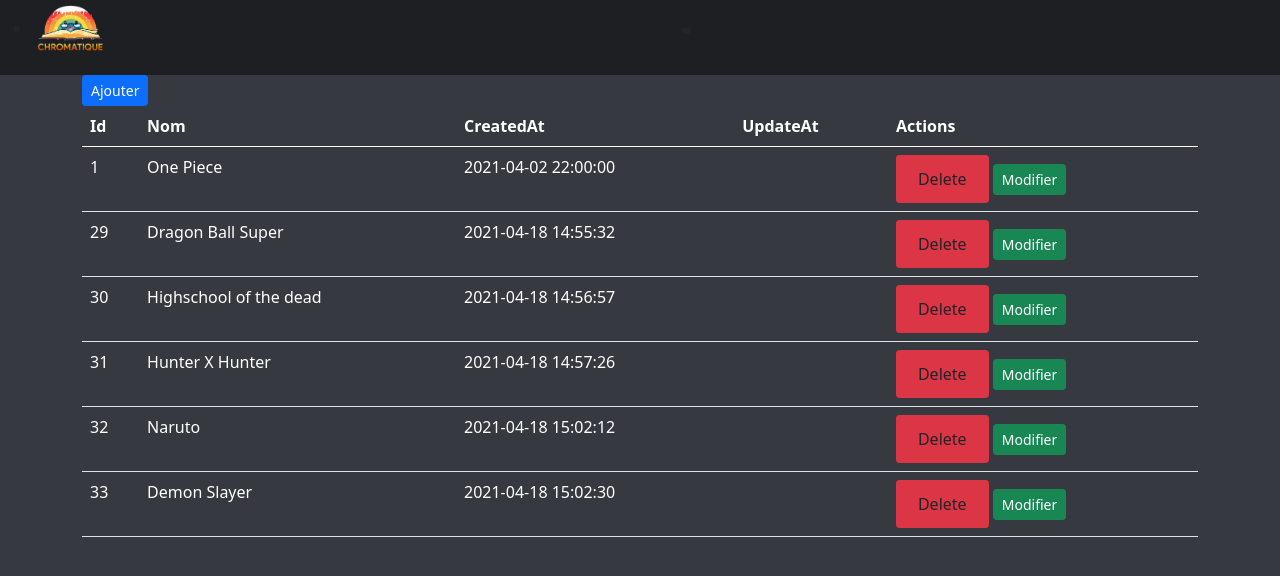
Repository: Codesieg/Chromatique
Page: http://localhost/admin
The author's editor kept a copy of each file at every save. The page is drawn from the files as they stood at one save, then again after the next save.
The browser window is 1280 px wide. The pictures show the whole page.
Some icons come from a web library that is not loaded, so they are not drawn. The page is served by the project's Laravel application, run on PHP 8.4 with Laravel 8. Other server files are loaded and not shown. The database holds what the project's SQL file puts in it.

Above is the page before, as saved 2021-04-20 15:47:52.

### chromatique/routes/web.php
<?php


use Illuminate\Support\Facades\Route;
use App\Http\Controllers\MangasController;
use App\Http\Controllers\TomesController;
use App\Http\Controllers\AdminMangasController;

/*
|--------------------------------------------------------------------------
| Web Routes
|--------------------------------------------------------------------------
|
| Here is where you can register web routes for your application. These
| routes are loaded by the RouteServiceProvider within a group which
| contains the "web" middleware group. Now create something great!
|
*/
//-------------- Route front ----------------
// Route::get('/', [MangasController::class,'browse'])->name('browse_mangas');

Route::get(
    '/',
    [MangasController::class, 'browse']
)->name('browse_mangas');

Route::get(
    '/tome/{id}',
    [TomesController::class,'browse']
)->name('browse_tomes');

//-------------- Route back ----------------

Route::get(
    '/admin',
    [AdminMangasController::class, 'browse']
)->name('admin_browse_mangas');

Route::get(
    '/admin/add',
    [AdminMangasController::class, 'form']
)->name('admin_form_manga');

Route::post(
    '/admin/add',
    [AdminMangasController::class, 'add']
)->name('admin_add_manga');

Route::delete(
    '/admin/delete/{id}',
    [AdminMangasController::class, 'delete']
)->name('admin_delete_manga');

### chromatique/app/Http/Controllers/AdminMangasController.php
<?php

namespace App\Http\Controllers;

use App\Models\Mangas;
use Illuminate\Http\Request;
use App\Http\Controllers\Controller;
use Illuminate\Foundation\Auth\User;

class AdminMangasController extends Controller
{
    /**
     * Show all the mangas in database.
     *
     * @return App\Models\Mangas
     */
    public function browse()
    {
        $listManga = Mangas::all();

        return view('admin/browse', [
            'listMangas' => $listManga
        ]);
    }

    /**
     * Show the mangas by id.
     *
     * @return App\Models\Mangas
     */
    public function read($id)
    {
        return view('admin/details', [
            'manga' => Mangas::find($id)
        ]);
    }

    /**
     * Modify the mangas by id.
     *
     * @return App\Models\Mangas
     */
    public function edit($id)
    {
        return view('edit', [
            'manga' => Mangas::find($id)
        ]);
    }

    /**
     * Add a new manga.
     *
     *
     * @return void
     */
    public function form()
    {
        $uploaderList = User::All();
        // dd($uploaderList);

        return view('admin/form',
        ['uploaderList' => $uploaderList]
    );
    }

    /**
     * Show the application dashboard.
     *
     * @return \Illuminate\Http\Response
     */
    public function add(Request $request)
    {
        $mangaName = $request->input('mangaName');
        // $mangaJacket = $request->input('mangaJacket');
        $author = $request->input('author');
        $synopsis = $request->input('synopsis');
        $userId = $request->input('userId');

        $this->validate($request, [
                'mangaJacket' => 'required',
                'mangaJacket.*' => 'mimes:jpg,png'
        ]);
         // à la création d'un nouveua manga il faut créer un nouveau dossier
        // Récupérer le nom du fichier et le renomer

        if($request->hasfile('mangaJacket'))
        {
            $jacket = $request->file('mangaJacket');
            // dump($jacket->path());
            // dump($jacket->hashName());
            $name = '/' . $mangaName . '/' . $mangaName . '.' . $jacket->extension();
            // dump($name);

            $jacket->move(public_path().'/assets/mangas/'. ucfirst($mangaName), $name);
        }

        $file= new Mangas();
        $file->manga_name = $mangaName;
        $file->manga_jacket = ucfirst($name);
        $file->author = $author;
        $file->synopsis = $synopsis;
        $file->users_id = $userId ;
        $file->created_at = new \datetime();
        $file->save();

        // return redirect()->route('profile');
        return back()->with('success', 'Data Your files has been successfully added');
    }

    /**
     * DELETE a  manga.
     *
     * @return App\Models\Mangas
     */
    public function delete($id)
    {
        $manga = Mangas::find($id);

        if ($manga) {
            $manga::destroy($id);
            return back()->with($id . " supprimer", 200);
        } else {
            return back()->with('nop');
        }
    }

}

### chromatique/app/Models/Mangas.php
<?php

namespace App\Models;

use Illuminate\Database\Eloquent\Factories\HasFactory;
use Illuminate\Database\Eloquent\Model;

class Mangas extends Model
{
    use HasFactory;
    protected $fillable = [
        'manga_name',
        'manga_jacket',
        'author',
        'synopsis',
        'manga_banner',
        'users_id',
    ];
}

### chromatique/resources/views/admin/browse.blade.php
@extends ('admin/layout')

@section('contenu')

<div class="container">
    <div class="add">
        <button type="button" class="btn btn-primary btn-sm"><a class="text-decoration-none text-white" href="{{route('admin_form_manga')}}">Ajouter</a></button>
    </div>

    <div class="col-12">
        <table class="table">
            <thead>
            <tr>
                <th class="text-white">Id</th>
                <th class="text-white">Nom</th>
                <th class="text-white">CreatedAt</th>
                <th class="text-white">UpdateAt</th>
                <th class="text-white">Actions</th>
            </tr>
            </thead>
            <tbody>
            @foreach ($listMangas as $manga)
            <tr>
                <td class="text-white">{{$manga->id}}</td>
                <td class="text-white">{{$manga->manga_name}}</td>
                <td class="text-white">{{$manga->created_at}}</td>
                <td class="text-white">{{$manga->update_at}}</td>
                <td>
                    <button type="button" class="btn btn-danger btn-sm      text-decoration-none text-white"><form action="{{route  ('admin_delete_manga', ['id' => $manga->id])}}" method="post">
                        <input class="btn btn-default" type="submit" value="Delete">
                        <input type="hidden" name="_method" value="delete" />
                        <input type="hidden" name="_token" value="{{ csrf_token() }}">
                    </form>
                    </button>
                    <button type="button" class="btn btn-success btn-sm text-decoration-none text-white"><a class="text-decoration-none text-white"  href="">Modifier</a></button>
                </td>
            </tr>
            @endforeach
            </tbody>
        </table>
    </div>
</div>
@endsection

### chromatique/resources/views/admin/layout.blade.php
<!DOCTYPE html>
<html lang="fr">

<head>
    <meta charset="UTF-8">
    <meta http-equiv="X-UA-Compatible" content="IE=edge">
    <meta name="viewport" content="width=device-width, initial-scale=1.0">
    <title>Chromatique</title>
    <link rel="stylesheet" href="https://maxst.icons8.com/vue-static/landings/line-awesome/line-awesome/1.3.0/css/line-awesome.min.css">
    <link href="https://cdn.jsdelivr.net/npm/bootstrap@5.0.0-beta3/dist/css/bootstrap.min.css" rel="stylesheet" integrity="sha384-eOJMYsd53ii+scO/bJGFsiCZc+5NDVN2yr8+0RDqr0Ql0h+rP48ckxlpbzKgwra6" crossorigin="anonymous">
    <link rel="stylesheet" href="<?= asset('assets/css/style.css') ?>">
</head>

<header>
    <div class="infos-menu">
        <div class="wrapper-menu">
            <ul class="wrapper-menu">
                <li><img class="logo" src="<?= asset('assets/img/logo.png') ?>" alt=""></li>
                <li><a href="https://discord.gg/3HH8Usj"><i class="lab la-3x la-discord white"></i></a></li>
                <li><a href="#"><i class="lab la-3x la-telegram white"></i></a></li>
                <li><a href="#"><i class="las la-3x la-info-circle white"></i></a></li>
            </ul>
        </div>
    </div>
</header>
<body>
    <!-- wrap -->

    @yield('contenu')



</body>
<script src="https://cdn.jsdelivr.net/npm/bootstrap@5.0.0-beta3/dist/js/bootstrap.bundle.min.js" integrity="sha384-JEW9xMcG8R+pH31jmWH6WWP0WintQrMb4s7ZOdauHnUtxwoG2vI5DkLtS3qm9Ekf" crossorigin="anonymous"></script>
</html>

### chromatique/public/assets/css/style.css
body {
    margin: 0;
    background-color: #36393F;
}

.logo {
    margin: 5px 5px 5px 5px;
    width: 10%;
}

.logo__left {
    width: 50px
}

.infos-menu {
    display: flex;
    align-items: center;
    justify-content: space-between;
    background-color: #1e1f22;
    position: sticky;
}

.infos-menu i {
    margin-left: 2px;
}

.wrapper-menu {
    display: flex;
    align-items: center;
}

.la-user-shield {
    margin: 0 10px 0 0;
}

.search {
    position: relative;
    margin: 10px 0 0 0;
    float: left;
    top: 50px;
    right: 50px;
}

.field {
    border: 0 !important;
    width: 100% !important;
    height: 100% !important;
    padding: 10px 20px !important;
    background: white !important;
    border-radius: 3px !important;
    box-shadow: 0px 8px 15px rgba(75, 72, 72, 0.1) !important;
    -webkit-transition: all 0.4s ease !important;
    transition: all 0.4s ease !important;
}

.login {
    display: flex;
    align-items: center;
    margin: 0 20px 0 0px;
}

.login a {
    margin: 0 5px 0 5px;
    text-decoration: none;
    font-size: 1.5em;
    color: #fff;
    padding: 5px 5px 5px 5px;
}

.dropdown-login {
    position: relative;
    display: inline-block;
    margin: 0 0 0 50px;
}

.dropdown-login:hover .dropdown-content {
    display: flex;
    flex-direction: column;
}

.dropdown-content {
    display: none;
    position: absolute;
    background-color: #1e1f22;
    min-width: 260px;
    top: 85%;
    right: 5%;
    box-shadow: 0px 8px 16px 0px rgba(0, 0, 0, 0.2);
    padding: 30px 8px 16px 8px;
    z-index: 1;
}

.white {
    color: #ffff;
    text-decoration: none;
}

p {
    color: white;
}

h1 {
    font-size: 1.5em;
    text-align: center;
    padding: 10px 0 0 0;
}

.main {
    width: 80%;
    margin: 20px auto;
    display: flex;
    justify-content: center;
}

.content {
    display: flex;
    flex-direction: column;
}

.hot {
    border-bottom: solid #DCDDDE 1px;
    color: #DCDDDE;
    font-size: 1.8em;
    padding: 0 0 5px 0;
}

.cards {
    display: flex;
    justify-content: center;
    align-self: center;
    flex-wrap: wrap;
    width: 60%;
}

.card {
    background-color: #1e1f22;
    margin: 10px;
    padding: 10px;
    display: flex;
    flex-direction: column;
}

.card p {
    text-align: center;
    margin: 7px 0 0 0;
}

.stats {
    display: flex;
    margin: 10px 0 10px 0;
}

.views {
    display: flex;
}

.resume {
    width: 75%;
    margin: 5px 0 0 0;
    font-size: 1.2em;
    font-family: 'Lucida Sans', 'Lucida Sans Regular', 'Lucida Grande', 'Lucida Sans Unicode', Geneva, Verdana, sans-serif;
}

.cover {
    width: 290px;
    height: 450px;
    display: flex;
    align-self: center;
}

.main-cover {
    position: relative;
    float: right;
    top: 50px;
    left: 100px;
}


/*  Détails page */

### Docs/chromatique.sql (the tables this page reads)
CREATE TABLE IF NOT EXISTS `mangas` (
  `id` int(10) UNSIGNED NOT NULL AUTO_INCREMENT,
  `manga_name` varchar(45) DEFAULT NULL COMMENT 'Nom du manga',
  `author` varchar(45) DEFAULT NULL COMMENT 'Auteur du manga',
  `synopsis` mediumtext COMMENT 'Résumé du manga',
  `manga_jacket` varchar(255) NOT NULL COMMENT 'Couverture du manga',
  `manga_banner` varchar(45) DEFAULT NULL COMMENT 'bannière de page du manga',
  `manga_directory` varchar(60) DEFAULT NULL,
  `home_order` int(11) DEFAULT '0',
  `created_at` timestamp NULL DEFAULT NULL,
  `updated_at` timestamp NULL DEFAULT NULL,
  `users_id` int(10) UNSIGNED NOT NULL,
  `chapter_id` int(11) NOT NULL,
  PRIMARY KEY (`id`,`users_id`),
  UNIQUE KEY `id_UNIQUE` (`id`),
  KEY `fk_mangas_users1_idx` (`users_id`)
) ENGINE=InnoDB AUTO_INCREMENT=34 DEFAULT CHARSET=utf8;

INSERT INTO `mangas` (`id`, `manga_name`, `author`, `synopsis`, `manga_jacket`, `manga_banner`, `manga_directory`, `home_order`, `created_at`, `updated_at`, `users_id`, `chapter_id`) VALUES
(1, 'One Piece', NULL, NULL, '/tome_93/tome-93.jpg', NULL, '/One_Piece', 0, '2021-04-02 22:00:00', NULL, 1, 0),
(29, 'Dragon Ball Super', NULL, NULL, '/Dragon Ball Super/Dragon Ball Super.jpg', NULL, NULL, 0, '2021-04-18 14:55:32', '2021-04-18 14:55:32', 1, 0),
(30, 'Highschool of the dead', NULL, NULL, '/Highschool of the dead/Highschool of the dead.jpg', NULL, NULL, 0, '2021-04-18 14:56:57', '2021-04-18 14:56:57', 1, 0),
(31, 'Hunter X Hunter', NULL, NULL, '/Hunter X Hunter/Hunter X Hunter.jpg', NULL, NULL, 0, '2021-04-18 14:57:26', '2021-04-18 14:57:26', 1, 0),
(32, 'Naruto', NULL, NULL, '/Naruto/Naruto.jpg', NULL, NULL, 0, '2021-04-18 15:02:12', '2021-04-18 15:02:12', 1, 0),
(33, 'Demon Slayer', NULL, NULL, '/Demon Slayer/Demon Slayer.jpg', NULL, NULL, 0, '2021-04-18 15:02:30', '2021-04-18 15:02:30', 1, 0);

ALTER TABLE `mangas`
  ADD CONSTRAINT `fk_mangas_users1` FOREIGN KEY (`users_id`) REFERENCES `users` (`id`) ON DELETE NO ACTION ON UPDATE NO ACTION;

### chromatique/resources/views/layout.blade.php
<!DOCTYPE html>
<html lang="fr">

<head>
    <meta charset="UTF-8">
    <meta http-equiv="X-UA-Compatible" content="IE=edge">
    <meta name="viewport" content="width=device-width, initial-scale=1.0">
    <title>Chromatique</title>
    <link rel="stylesheet" href="https://maxst.icons8.com/vue-static/landings/line-awesome/line-awesome/1.3.0/css/line-awesome.min.css">
    <link rel="stylesheet" href="<?= asset('assets/css/reset.css') ?>">
    <link rel="stylesheet" href="<?= asset('assets/css/style.css') ?>">
</head>

<header>
    <div class="infos-menu">
        <div class="wrapper-menu">
            <img class="logo" src="<?= asset('assets/img/logo.png') ?>" alt="">
            <a href="{{route('browse_mangas')}}"><i class="las la-3x la-home white"></i></a>
            <a href="{{route('admin_form_manga')}}"><i class="las la-3x la-user-shield white"></i></a>
            <a href="https://discord.gg/3HH8Usj"><i class="lab la-3x la-discord white"></i></a>
            <a href="#"><i class="lab la-3x la-telegram white"></i></a>
            <a href="#"><i class="las la-3x la-info-circle white"></i></a>
        </div>
    </div>
</header>
<body >
    <!-- wrap -->

    @yield('contenu')



</body>
</html>

### chromatique/public/assets/css/reset.css
/* http://meyerweb.com/eric/tools/css/reset/
   v2.0 | 20110126
   License: none (public domain)
*/

html,
body,
div,
span,
applet,
object,
iframe,
h1,
h2,
h3,
h4,
h5,
h6,
p,
blockquote,
pre,
a,
abbr,
acronym,
address,
big,
cite,
code,
del,
dfn,
em,
img,
ins,
kbd,
q,
s,
samp,
small,
strike,
strong,
sub,
sup,
tt,
var,
b,
u,
i,
center,
dl,
dt,
dd,
ol,
ul,
li,
fieldset,
form,
label,
legend,
table,
caption,
tbody,
tfoot,
thead,
tr,
th,
td,
article,
aside,
canvas,
details,
embed,
figure,
figcaption,
footer,
header,
hgroup,
menu,
nav,
output,
ruby,
section,
summary,
time,
mark,
audio,
video {
    margin: 0;
    padding: 0;
    border: 0;
    font-size: 100%;
    font: inherit;
    vertical-align: baseline;
}

a {
    text-decoration: none;
}


/* HTML5 display-role reset for older browsers */

article,
aside,
details,
figcaption,
figure,
footer,
header,
hgroup,
menu,
nav,
section {
    display: block;
}

body {
    line-height: 1;
}

ol,
ul {
    list-style: none;
}

blockquote,
q {
    quotes: none;
}

blockquote:before,
blockquote:after,
q:before,
q:after {
    content: '';
    content: none;
}

table {
    border-collapse: collapse;
    border-spacing: 0;
}

Loaded but not shown: chromatique/app/Providers/AppServiceProvider.php (common file); chromatique/app/Http/Controllers/Controller.php (common file)

After the next save:
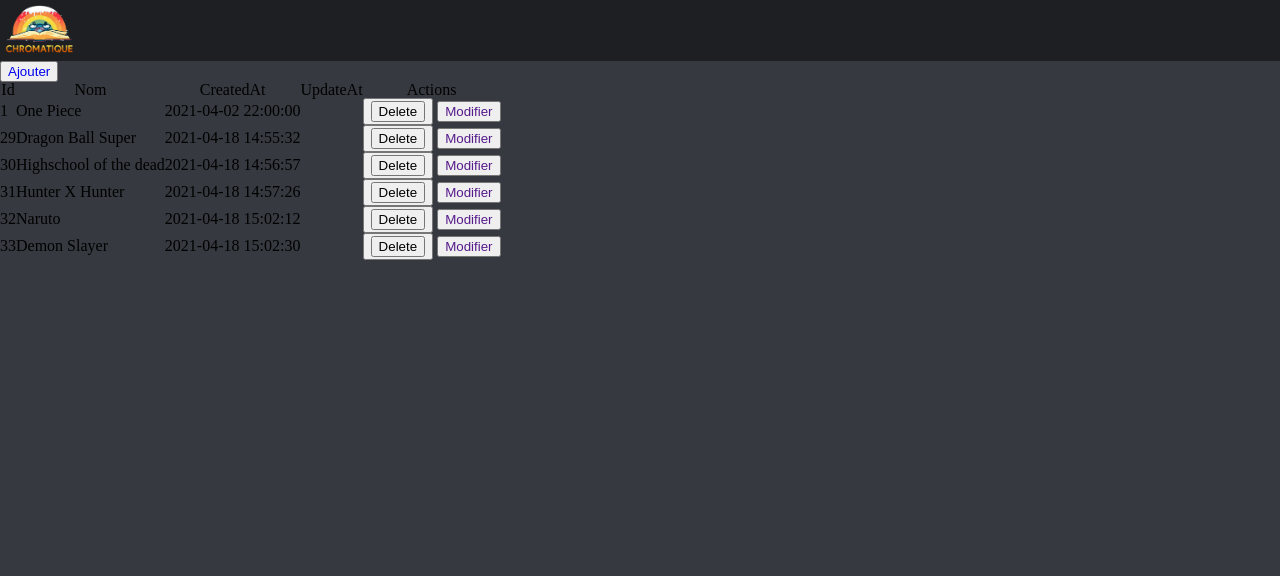
Saved 41 s later.
--- a/chromatique/resources/views/admin/browse.blade.php
+++ b/chromatique/resources/views/admin/browse.blade.php
@@ -1,4 +1,4 @@
-@extends ('admin/layout')
+@extends ('layout')
 
 @section('contenu')
 
